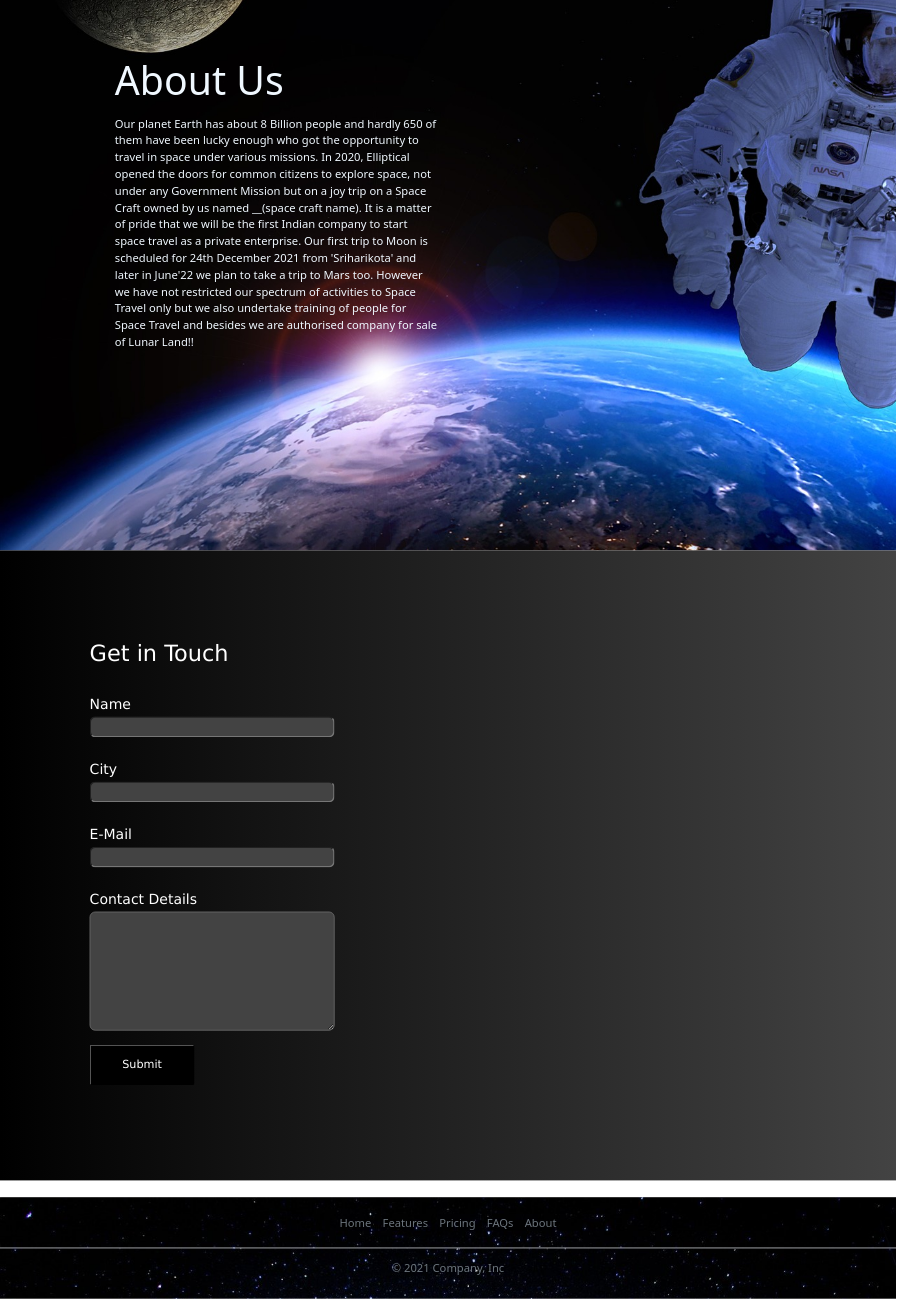
Repository: sarthakkathpalia/elliptical
Page: html/home.html
An editor plug-in stored every save of this project. The page is shown before and after the next save, followed by the edit.
The browser window is 1280 px wide. The page is 1292 px wide, so the pictures cover 1292 px, including what lies to the right of the window. The pictures show the part of the page from y = 2805 to 4685 px (the page is 4685 px tall before and 4612 px after), at 70% of full size.
Some web libraries are served in a nearby version.

Above is the page before, as saved 2021-10-30 15:49:45.
Console error: ReferenceError: emailjs is not defined

After the next save:
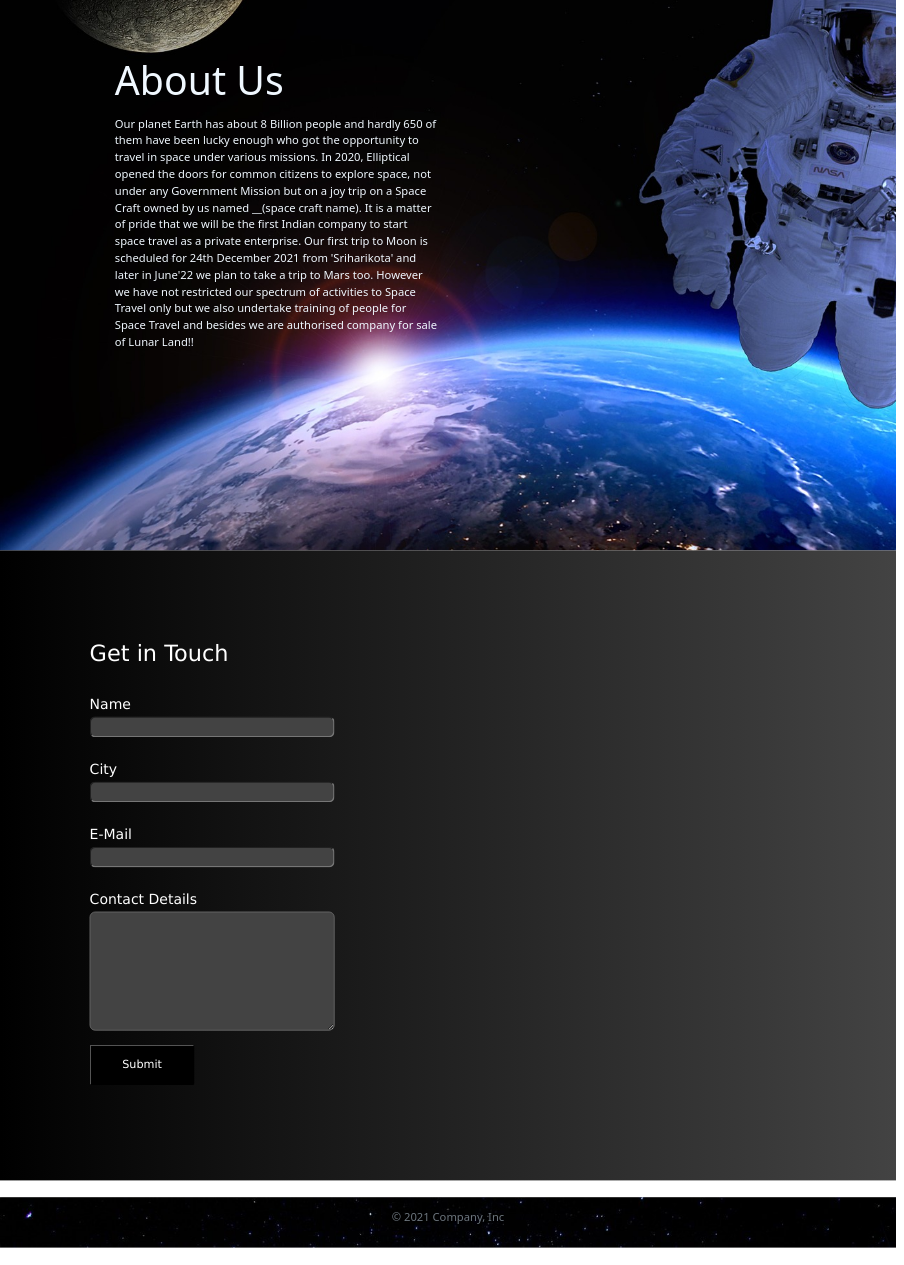
Saved 5 min 30 s later.
--- a/html/home.html
+++ b/html/home.html
@@ -276,13 +276,13 @@
 
 
 <footer class="py-3 my-4">
-  <ul class="nav justify-content-center border-bottom pb-3 mb-3">
+  <!-- <ul class="nav justify-content-center border-bottom pb-3 mb-3">
     <li class="nav-item"><a href="#" class="nav-link px-2 text-muted">Home</a></li>
     <li class="nav-item"><a href="#" class="nav-link px-2 text-muted">Features</a></li>
     <li class="nav-item"><a href="#" class="nav-link px-2 text-muted">Pricing</a></li>
     <li class="nav-item"><a href="#" class="nav-link px-2 text-muted">FAQs</a></li>
     <li class="nav-item"><a href="#" class="nav-link px-2 text-muted">About</a></li>
-  </ul>
+  </ul> -->
   <p class="text-center text-muted">© 2021 Company, Inc</p>
 </footer>
 
